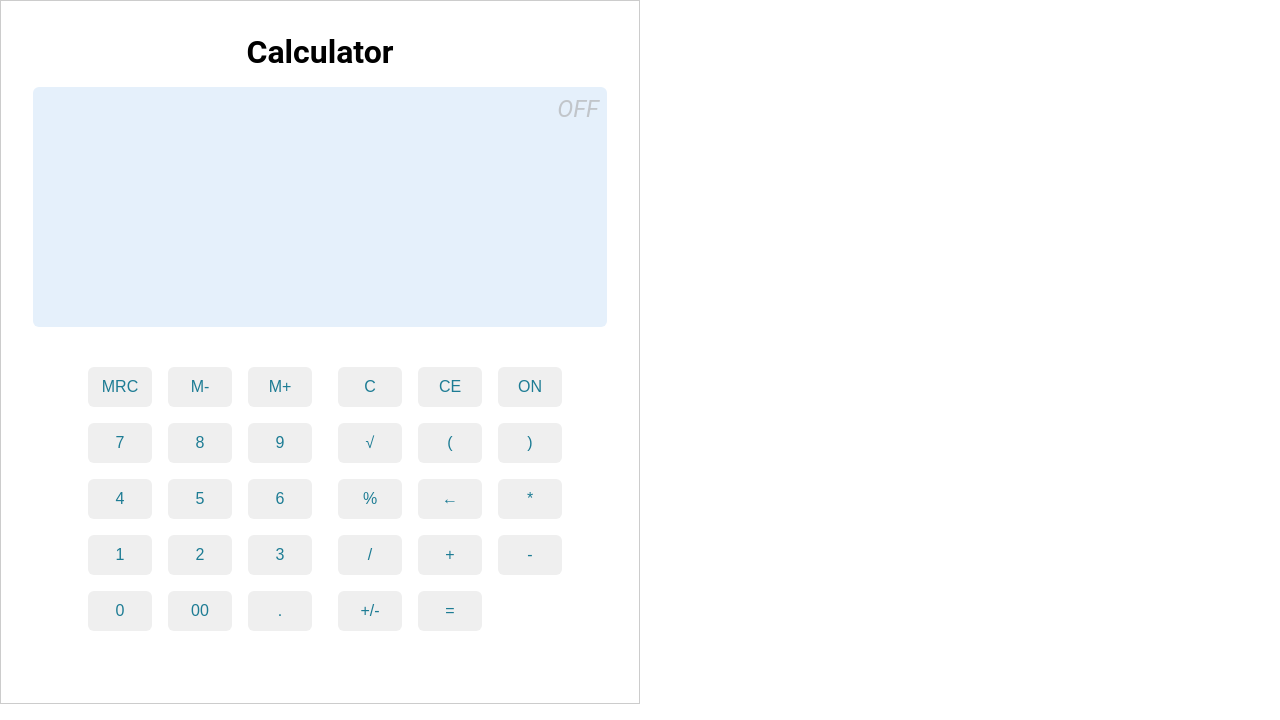
Repository: Denis793/CalculatorNew
Page: index.html
These files come from the project's save history. The page is drawn as it stood at one moment and after the next save; the edit follows.
The browser window is 1280 px wide. The pictures show the whole page.
The style sheet was rebuilt from its Sass, Less or Tailwind sources for each picture, by a compiler version that may differ from the author's.

Above is the page before, as saved 2025-05-17 15:10:50.

After the next save:
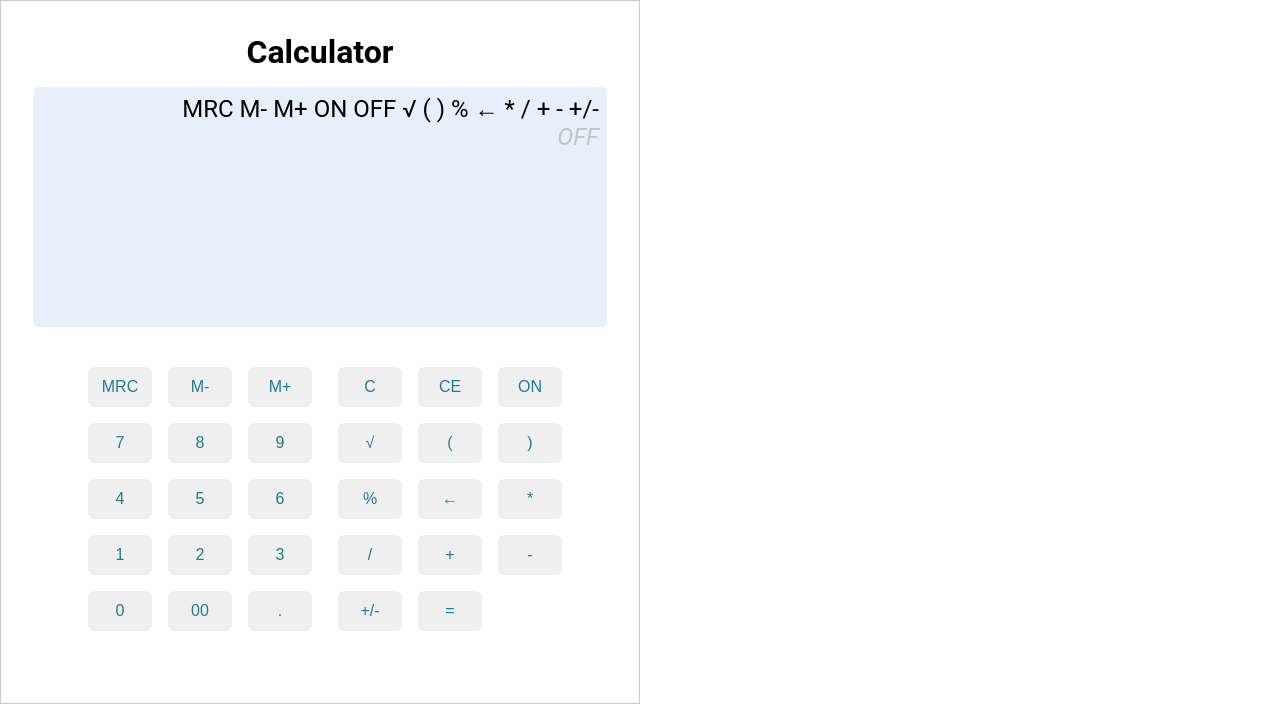
Saved 6 min 10 s later.
--- a/index.html
+++ b/index.html
@@ -11,6 +11,24 @@
       <h1>Calculator</h1>
 
       <div class="display">
+        <div class="indicators">
+          <span data-key="MRC" class="indicator">MRC</span>
+          <span data-key="M-" class="indicator">M-</span>
+          <span data-key="M+" class="indicator">M+</span>
+          <span data-key="ON" class="indicator">ON</span>
+          <span data-key="OFF" class="indicator">OFF</span>
+          <span data-key="√" class="indicator">√</span>
+          <span data-key="(" class="indicator">(</span>
+          <span data-key=")" class="indicator">)</span>
+          <span data-key="%" class="indicator">%</span>
+          <span data-key="←" class="indicator">←</span>
+          <span data-key="*" class="indicator">*</span>
+          <span data-key="/" class="indicator">/</span>
+          <span data-key="+" class="indicator">+</span>
+          <span data-key="-" class="indicator">-</span>
+          <span data-key="+/-" class="indicator">+/-</span>
+        </div>
+
         <ul id="historyList"></ul>
         <div class="previous"></div>
         <div class="current"></div>
